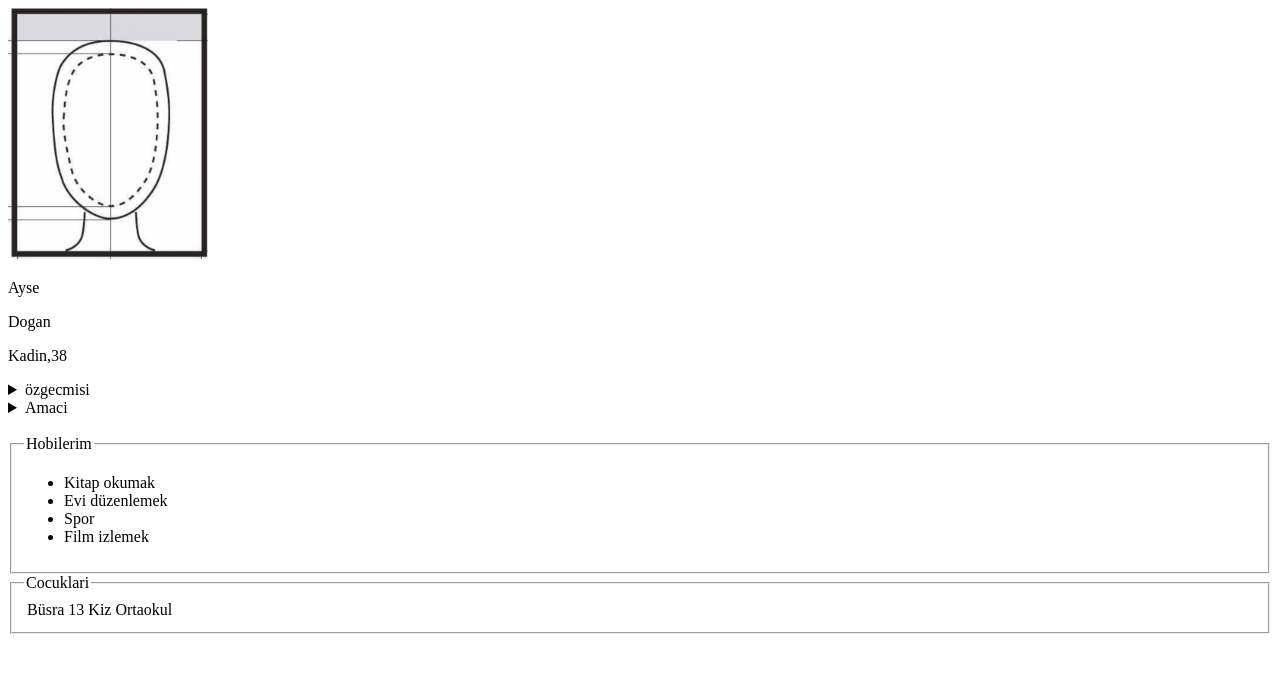
Repository: aysedo/html
Page: Week_2/profile/index.html
An editor plug-in stored every save of this project. The page is shown before and after the next save, followed by the edit.
The browser window is 1280 px wide. The pictures show the whole page.

Above is the page before, as saved 2021-08-25 23:25:57.

After the next save:
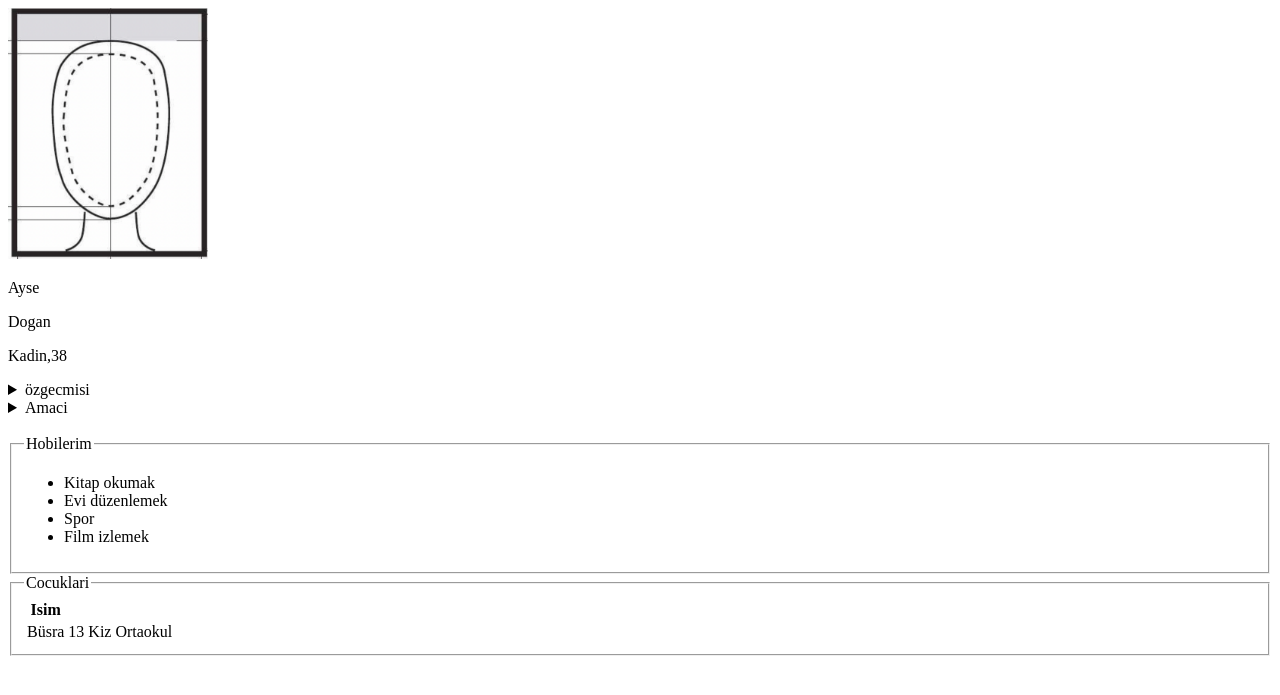
Saved 117 s later.
--- a/Week_2/profile/index.html
+++ b/Week_2/profile/index.html
@@ -42,6 +42,7 @@
               <fieldset>
                 <legend> Cocuklari</legend>
                 <table>
+                  <th> Isim</th>
                   <tr>
                     <td>Büsra</td>
                     <td>13</td>
